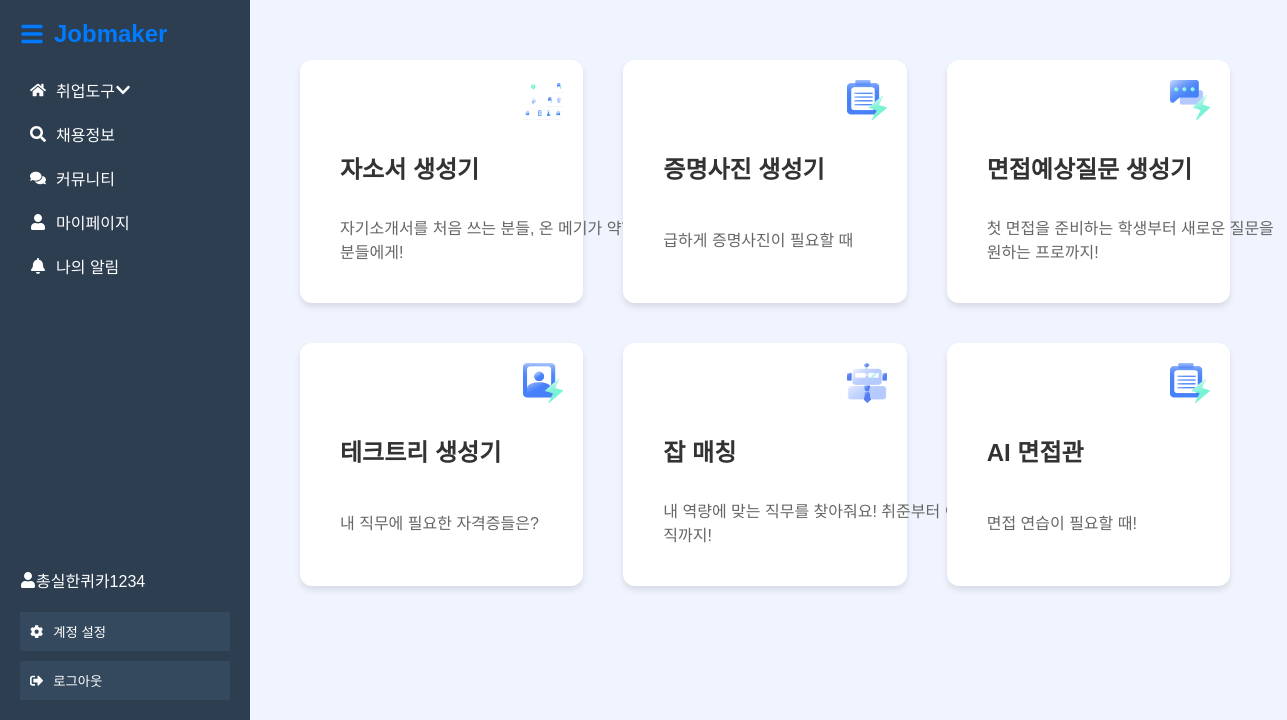
Repository: HSfac/jobmaker
Page: /main
These files come from the project's save history. The page is drawn as it stood at one moment and after a run of saves; the edit follows.
The browser window is 1280 px wide. The page is 1287 px wide, so the pictures cover 1287 px, including what lies to the right of the window. The pictures show the whole page.
The project was rebuilt for these pictures with package versions that can differ from the ones it lists, and the page was loaded fresh each time. Also part of the build but not shown: src/components/Header.jsx, src/components/Footer.css, src/components/Footer.jsx, src/pages/LandingPage.jsx, src/pages/InfosPage.jsx, src/pages/CommunityPage.jsx, src/pages/MyPage.jsx, src/components/SocialLoginButton.css and 15 more.

Above is the page before, as saved 2024-07-13 18:03:38.

### src/App.js
import React from 'react';
import { BrowserRouter as Router, Route, Routes } from 'react-router-dom';
import MainPage from './pages/MainPage';
import LandingPage from './pages/LandingPage';
import InfosPage from './pages/InfosPage';
import CommunityPage from './pages/CommunityPage';
import MyPage from './pages/MyPage';
import LoginPage from './pages/LoginPage';
import SignupPage from './pages/SignupPage';
import EmailSignupPage from './pages/EmailSignupPage';

import ResumeGeneratorPage from './pages/tools/ResumeGeneratorPage';
import PhotoGeneratorPage from './pages/tools/PhotoGeneratorPage';
import InterviewQuestionsGeneratorPage from './pages/tools/InterviewQuestionsGeneratorPage';
import TechTreeGeneratorPage from './pages/tools/TechTreeGeneratorPage';
import JobMatchingPage from './pages/tools/JobMatchingPage';
import AIInterviewerPage from './pages/tools/AIInterviewerPage';

import MainLayout from './layouts/MainLayout'; // 새로 생성한 레이아웃 컴포넌트
import './App.css';

function App() {
  return (
    <Router>
      <div className="App">
        <Routes>
          <Route path="/" element={<LandingPage />} />
          <Route path="/login" element={<LoginPage />} />
          <Route path="/signup" element={<SignupPage />} />
          <Route path="/email-signup" element={<EmailSignupPage />} />
          <Route element={<MainLayout />}>
            <Route path="/main" element={<MainPage />} />
            <Route path="/infos" element={<InfosPage />} />
            <Route path="/community" element={<CommunityPage />} />
            <Route path="/mypage" element={<MyPage />} />
            <Route path="/tools/resume-generator" element={<ResumeGeneratorPage />} />
            <Route path="/tools/photo-generator" element={<PhotoGeneratorPage />} />
            <Route path="/tools/interview-questions-generator" element={<InterviewQuestionsGeneratorPage />} />
            <Route path="/tools/tech-tree-generator" element={<TechTreeGeneratorPage />} />
            <Route path="/tools/job-matching" element={<JobMatchingPage />} />
            <Route path="/tools/ai-interviewer" element={<AIInterviewerPage />} />
          </Route>
        </Routes>
      </div>
    </Router>
  );
}

export default App;

### src/pages/MainPage.jsx
import React from 'react';
import ToolCard from '../components/ToolCard';
import './MainPage.css';

// 이미지 파일 import
import icon1 from '../assets/images/icons/icon1.png';
import icon2 from '../assets/images/icons/icon2.png';
import icon3 from '../assets/images/icons/icon3.png';
import icon4 from '../assets/images/icons/icon4.png';
import icon5 from '../assets/images/icons/icon5.png';
import icon6 from '../assets/images/icons/icon2.png';

const tools = [
  {
    title: "자소서 생성기",
    description: "자기소개서를 처음 쓰는 분들, 온 메기가 약한 분들에게!",
    image: icon1,
    link: "/tools/resume-generator",
  },
  {
    title: "증명사진 생성기",
    description: "급하게 증명사진이 필요할 때",
    image: icon2,
    link: "/tools/photo-generator",
  },
  {
    title: "면접예상질문 생성기",
    description: "첫 면접을 준비하는 학생부터 새로운 질문을 원하는 프로까지!",
    image: icon3,
    link: "/tools/interview-questions-generator",
  },
  {
    title: "테크트리 생성기",
    description: "내 직무에 필요한 자격증들은?",
    image: icon4,
    link: "/tools/tech-tree-generator",
  },
  {
    title: "잡 매칭",
    description: "내 역량에 맞는 직무를 찾아줘요! 취준부터 이직까지!",
    image: icon5,
    link: "/tools/job-matching",
  },
  {
    title: "AI 면접관",
    description: "면접 연습이 필요할 때!",
    image: icon6,
    link: "/tools/ai-interviewer",
  },
];

const MainPage = () => {
  return (
    <div className="main-page">
      <div className="content">
        {tools.map((tool, index) => (
          <ToolCard
            key={index}
            title={tool.title}
            description={tool.description}
            image={tool.image}
            link={tool.link}
          />
        ))}
      </div>
    </div>
  );
};

export default MainPage;

### src/layouts/MainLayout.jsx
import React from 'react';
import { Outlet } from 'react-router-dom';
import Sidebar from '../components/Sidebar';
//import './MainLayout.css';

const MainLayout = () => {
  return (
    <div className="main-layout">
      <Sidebar />
      <div className="page-content">
        <Outlet />
      </div>
    </div>
  );
};

export default MainLayout;

### src/App.css
.App {
  font-family: sans-serif;
  text-align: center;
  height: 100vh;
  display: flex;
  flex-direction: column;
}

.main-content {
  display: flex;
  flex: 1;
}

.page-content {
  flex: 1;
  padding: 20px;
  margin-left: 250px; /* 사이드바의 넓이만큼 왼쪽 여백을 설정 */
  transition: margin-left 0.3s;
}

.sidebar.closed + .page-content {
  margin-left: 80px; /* 사이드바가 닫혔을 때 여백 설정 */
}

### src/components/ToolCard.jsx
import React from 'react';
import { useNavigate } from 'react-router-dom';
import './ToolCard.css';

const ToolCard = ({ title, description, image, link }) => {
  const navigate = useNavigate();

  const handleClick = () => {
    navigate(link);
  };

  return (
    <div className="tool-card" onClick={handleClick}>
      <div className="card-header">
        <img src={image} alt={title} className="icon" />
      </div>
      <div className="content">
        <h3>{title}</h3>
        <p>{description}</p>
      </div>
    </div>
  );
};

export default ToolCard;

### src/pages/MainPage.css
.main-page {
  display: flex;
  justify-content: center;
  align-items: center;
  width: 100%;
}

.content {
  display: grid;
  grid-template-columns: repeat(auto-fit, minmax(300px, 1fr));
  gap: 20px;
  width: 100%;
  max-width: 1200px;
  padding: 20px;
  box-sizing: border-box;
}

### src/pages/LandingPage.css
/* LandingPage.css */

@font-face {
  font-family: 'Pretendard';
  src: url('../assets/fonts/Pretendard-Regular.ttf') format('truetype');
  font-weight: 400;
}

@font-face {
  font-family: 'Pretendard';
  src: url('../assets/fonts/Pretendard-SemiBold.ttf') format('truetype');
  font-weight: 600;
}
:root {
  --bg-color: #f0f4ff;
  --text-color: #333;
  --primary-color: #3a73e1;
  --secondary-color: #fff;
  --question-bg-color: #4a90e2;
}

[data-theme="dark"] {
  --bg-color: #121212;
  --text-color: #e0e0e0;
  --primary-color: #bb86fc;
  --secondary-color: #333;
  --question-bg-color: #3700b3;
}

body {
  background-color: var(--bg-color);
  color: var(--text-color);
  margin: 0;
  padding: 0;
  font-family: 'Pretendard', sans-serif;
}

.landing-page {
  display: flex;
  flex-direction: column;
  min-height: 100vh;
}

.main-content {
  flex: 1;
  display: flex;
  flex-direction: column;
  align-items: center;
  background-color: var(--primary-color);
  color: var(--secondary-color);
}

.hero {
  display: flex;
  justify-content: space-between;
  align-items: center;
  max-width: 1200px;
  width: 100%;
  padding: 50px;
}


.hero-text h1 {
  font-size: 4em; /* Increased font size */
  font-family: 'Pretendard', sans-serif;
  font-weight: 600; /* SemiBold */
  margin-bottom: 20px;
}

.hero-text p {
  font-family: 'Pretendard', sans-serif;
  font-weight: 400; /* Regular */
}

.hero-text button.primary {
  background-color: var(--secondary-color);
  color: var(--primary-color);
  padding: 10px 20px;
  border: none;
  border-radius: 5px;
  font-size: 1.2em;
  cursor: pointer;
  transition: border-color 0.3s;
}

.hero-text button.primary:hover {
  border: 2px solid var(--primary-color);
}

.hero-images {
  flex: 1;
  display: flex;
  justify-content: center;
  align-items: center;


}

.hero-images img {
  max-width: 100%;
  height: auto;

}

.second-section {
  width: 100%;
  font-size: 1.5em;
  padding: 50px 20px;
  background-color: var(--bg-color);
  color: var(--text-color);
  text-align: center;
  position: relative;
  overflow: hidden;
  font-weight: 700; /* SemiBold */
}

.second-section h2 {
  color: var(--primary-color);
  font-size: 1.5em;
  font-weight: 700; /* SemiBold */
}

.sliding-images {
  display: flex;
  flex-direction: column;
  align-items: center;
  justify-content: center;
  height: 280px; /* Adjust as needed */
  position: relative;
}

.sliding-images img {
  width: 300%; /* Make the images smaller */
  position: absolute;
  animation-duration: 30s; /* Slow down the animation */
  animation-timing-function: linear;
  animation-iteration-count: infinite;
}

.sliding-images img:nth-child(1) {
  top: 0;
  left: -100%;
  animation-name: slide-in-left;
}

.sliding-images img:nth-child(2) {
  top: 50%;
  left: 100%;
  animation-name: slide-in-right;
}

@keyframes slide-in-left {
  0%, 100% {
    left: -100%;
  }
  50% {
    left: 100%;
  }
}

@keyframes slide-in-right {
  0%, 100% {
    left: 100%;
  }
  50% {
    left: -100%;
  }
}

.generators {
  display: flex;
  justify-content: space-around;
  flex-wrap: wrap;
}

.generator-card {
  background-color: var(--secondary-color);
  color: var(--primary-color);
  border-radius: 10px;
  padding: 20px;
  margin: 10px;
  width: 200px;
  cursor: pointer;
  transition: transform 0.2s;
}

.generator-card:hover {
  transform: scale(1.05);
}

.generator-card h3 {
  margin-top: 0;
}

.generator-card p {
  margin: 10px 0 0;
  font-size: 20px;
}

/* 기존 CSS 생략 */

.third-section {

  width: 100%;
  padding: 10px 20px;
  background-color: var(--bg-color);
  color: var(--text-color);
  text-align: center;

}

.third-section h2 {
  font-size: 2.2em;
  color: var(--primary-color);
  font-weight: 700; /* SemiBold */
}

.third-section h3 {
  font-size: 1em;
  font-weight: 600; /* SemiBold */
}

.example-container {
  display: flex;
  flex-wrap: wrap;
  justify-content: center;
  gap: 20px;
  margin-top: 20px;
  flex-direction: column; /* 세로로 배치 */
}

.example-image.left {
  align-self: flex-start;
  margin: 0 50px; /* 이미지 양옆 여백 설정 */
  animation: slide-left 5s infinite;
}

.example-image.center1 {
  align-self: center;
  margin: 0 50px; /* 이미지 양옆 여백 설정 */
}

.example-image.right {
  align-self: flex-end;
  margin: 0 50px; /* 이미지 양옆 여백 설정 */
  animation: slide-right 5s infinite;
}

.example-image.center2 {
  align-self: center;
  margin: 0 50px; /* 이미지 양옆 여백 설정 */
}

@keyframes slide-left {
  0% {
    transform: translateX(0);
  }
  50% {
    transform: translateX(-20px); /* 원하는 슬라이드 거리 설정 */
  }
  100% {
    transform: translateX(0);
  }
}

@keyframes slide-right {
  0% {
    transform: translateX(0);
  }
  50% {
    transform: translateX(20px); /* 원하는 슬라이드 거리 설정 */
  }
  100% {
    transform: translateX(0);
  }
}

/* 기존 CSS 생략 */




.fourth-section {
  width: 100%;
  padding: 50px 20px;
  background-color: var(--bg-color);
  color: var(--text-color);
  text-align: center;
}

.fourth-section h2 {
  font-size: 2.2em;
  color: var(--primary-color);
  font-weight: 700; /* SemiBold */
  margin-bottom: 10px;
}

.fourth-section h3 {
  font-size: 26px;
  font-weight: 700; /* SemiBold */
  margin-bottom: 30px;
}

.sliding-tags {
  overflow: hidden;
  white-space: nowrap;
  box-sizing: border-box;
}

.tags-wrapper {
  display: inline-block;
  animation: slide 45s linear infinite;

}

.tag {
  font-size: 20px;
  display: inline-block;
  background-color: var(--primary-color);
  color: var(--secondary-color);
  padding: 20px 40px;
  margin: 0 10px;
  border-radius: 500px;
  font-weight: 600; /* SemiBold */
}

@keyframes slide {
  0% {
    transform: translateX(100%);
  }
  100% {
    transform: translateX(-100%);
  }
}

.fifth-section {
  width: 100%;
  padding: 50px 20px;
  background-color: var(--bg-color);
  color: var(--text-color);
  text-align: center;
}

.fifth-section h2 {
  margin-top: 70px;
  font-size: 2.2em;
  color: var(--primary-color);
  font-weight: 700; /* SemiBold */
}

.fifth-section h3 {
  font-size: 26px;
  font-weight: 700; /* SemiBold */
  margin-top: 10px;
  margin-bottom: 30px;
}

.pricing-plans {
  display: flex;
  justify-content: center;
  gap: 25px;
  flex-wrap: wrap;
  margin-bottom: 200px;
}

.plan {
  background-color: var(--secondary-color);
  color: var(--primary-color);
  border-radius: 10px;
  padding: 20px;
  margin: 10px;
  width: 250px;
  text-align: center;
}

.plan h3 {
  margin-top: 0;
}

.plan p {
  font-size: 20px;
  font-weight: 700; /* SemiBold */
}

.plan ul {
  list-style: none;
  padding: 0;
}

.plan ul li {
  margin: 10px 0;
}

.plan button.primary {
  background-color: var(--secondary-color);
  color: var(--primary-color);
  padding: 10px 20px;
  border: 2px solid var(--primary-color);
  border-radius: 5px;
  font-size: 1.2em;
  cursor: pointer;
  transition: background-color 0.3s, color 0.3s;
}

.plan button.primary:hover {
  background-color: var(--primary-color);
  color: var(--secondary-color);
}

.footer {
  background-color: var(--primary-color);
  color: var(--secondary-color);
  padding: 20px;
  text-align: center;
  position: relative;
  bottom: 0;
  width: 100%;
  margin-top: auto;
}

### src/components/Sidebar.jsx
import React, { useState } from 'react';
import { FaHome, FaSearch, FaComments, FaUser, FaBell, FaCog, FaSignOutAlt, FaBars, FaChevronDown, FaChevronUp } from 'react-icons/fa';
import { Link } from 'react-router-dom';
import './Sidebar.css';
import AlertModal from './AlertModal';

const Sidebar = () => {
  const [isOpen, setIsOpen] = useState(true);
  const [isToolsOpen, setIsToolsOpen] = useState(false);
  const [isModalOpen, setIsModalOpen] = useState(false);

  const toggleSidebar = () => {
    setIsOpen(!isOpen);
  };

  const toggleToolsMenu = () => {
    setIsToolsOpen(!isToolsOpen);
  };

  const toggleModal = () => {
    setIsModalOpen(!isModalOpen);
  };

  return (
    <div className={`sidebar ${isOpen ? 'open' : 'closed'}`}>
      <div className="logo" onClick={toggleSidebar}>
        <FaBars />
        {isOpen && <span>Jobmaker</span>}
      </div>
      <ul className="menu">
        <li>
          <div className="menu-item" onClick={toggleToolsMenu}>
            <FaHome />
            {isOpen && <span>취업도구</span>}
            {isOpen && (isToolsOpen ? <FaChevronUp /> : <FaChevronDown />)}
          </div>
          {isToolsOpen && (
            <ul className="submenu">
              <li>
                <Link to="/tools/resume-generator">
                  {isOpen && <span>자소서 생성기</span>}
                </Link>
              </li>
              <li>
                <Link to="/tools/photo-generator">
                  {isOpen && <span>증명사진 생성기</span>}
                </Link>
              </li>
              <li>
                <Link to="/tools/interview-questions-generator">
                  {isOpen && <span>면접예상질문 생성기</span>}
                </Link>
              </li>
              <li>
                <Link to="/tools/tech-tree-generator">
                  {isOpen && <span>테크트리 생성기</span>}
                </Link>
              </li>
              <li>
                <Link to="/tools/job-matching">
                  {isOpen && <span>잡 매칭</span>}
                </Link>
              </li>
              <li>
                <Link to="/tools/ai-interviewer">
                  {isOpen && <span>AI 면접관</span>}
                </Link>
              </li>
            </ul>
          )}
        </li>
        <li>
          <Link to="/infos">
            <FaSearch />
            {isOpen && <span>채용정보</span>}
          </Link>
        </li>
        <li>
          <Link to="/community">
            <FaComments />
            {isOpen && <span>커뮤니티</span>}
          </Link>
        </li>
        <li>
          <Link to="/mypage">
            <FaUser />
            {isOpen && <span>마이페이지</span>}
          </Link>
        </li>
        <li className="menu-item" onClick={toggleModal} style={{ cursor: 'pointer' }}>
          <FaBell />
          {isOpen && <span>나의 알림</span>}
        </li>
      </ul>
      <div className="user-info">
        <div className="username">
          <FaUser />
          {isOpen && <span>총실한퀴카1234</span>}
        </div>

        <div className="settings">
          <button className="settings-btn">
            <FaCog />
            {isOpen && <span>계정 설정</span>}
          </button>
          <button className="logout-btn">
            <FaSignOutAlt />
            {isOpen && <span>로그아웃</span>}
          </button>
        </div>
      </div>
      {isModalOpen && <AlertModal onClose={toggleModal} />}
    </div>
  );
};

export default Sidebar;

### src/components/ToolCard.css
.tool-card {
  background-color: #ffffff;
  border-radius: 12px;
  padding: 20px;
  margin: 10px;
  display: flex;
  flex-direction: column;
  align-items: flex-start;
  cursor: pointer;
  box-shadow: 0 4px 6px rgba(0, 0, 0, 0.1);
  transition: transform 0.3s, box-shadow 0.3s;
}

.tool-card:hover {
  transform: translateY(-5px);
  box-shadow: 0 8px 12px rgba(0, 0, 0, 0.15);
}

.card-header {
  width: 100%;
  display: flex;
  justify-content: flex-end;
}

.icon {
  width: 40px;
  height: 40px;
}

.content {
  flex-grow: 1;
  text-align: left;
  width: 100%;
  margin-top: 10px;
}

h3 {
  margin: 0 0 10px;
  font-size: 24px;
  font-weight: 700;
  color: #333;
}

p {
  margin: 0;
  font-size: 16px;
  color: #666;
}

### src/components/Header.css
.header {
  display: flex;
  justify-content: space-between;
  align-items: center;
  padding: 10px 20px;
  background-color: #f8f9fa;
  border-bottom: 1px solid #e0e0e0;
}

.logo {
  font-size: 24px;
  font-weight: bold;
  color: #007bff;
}

.nav-links a {
  margin-left: 10px;
  color: #333;
  text-decoration: none;
}

.nav-links a:hover {
  text-decoration: underline;
}

### src/components/Sidebar.css
.sidebar {
  width: 250px;
  height: 100vh;
  background-color: #2c3e50;
  color: white;
  padding: 20px;
  box-sizing: border-box;
  display: flex;
  flex-direction: column;
  justify-content: space-between;
  transition: width 0.3s;
  position: fixed;
  top: 0;
  left: 0;
  overflow-y: auto; /* Add scrollbar if content exceeds height */
}

.sidebar.closed {
  width: 80px;
}

.logo {
  font-size: 24px;
  font-weight: bold;
  margin-bottom: 20px;
  cursor: pointer;
  display: flex;
  align-items: center;
}

.logo span {
  margin-left: 10px;
}

.menu {
  list-style: none;
  padding: 0;
  margin: 0;
}

.menu li {
  margin: 0;
}

.menu-item, .menu li a {
  display: flex;
  align-items: center;
  color: white;
  text-decoration: none;
  padding: 10px;
  width: 100%;
  box-sizing: border-box;
  transition: background-color 0.3s;
}

.menu-item:hover, .menu li a:hover {
  background-color: #34495e;
}

.menu-item {
  cursor: pointer;

}

.menu li span {
  margin-left: 10px;

}

.submenu {
  list-style: none;
  padding: 0;
  margin: 0;
}

.submenu li {
  margin: 0;
}

.submenu li a {
  padding: 10px 10px 10px 30px; /* Indentation for submenu items */
  display: flex;
  align-items: center;
  color: white;
  text-decoration: none;
  transition: background-color 0.3s;
}

.submenu li a:hover {
  background-color: #34495e;
}

.user-info {
  margin-top: auto;
}

.username {
  display: flex;
  align-items: center;
  margin-bottom: 10px;
}

.email {
  margin-bottom: 10px;
}

.settings {
  display: flex;
  flex-direction: column;
}

.settings-btn, .logout-btn {
  display: flex;
  align-items: center;
  width: 100%;
  margin-top: 10px;
  padding: 10px;
  background-color: #34495e;
  color: white;
  border: none;
  cursor: pointer;
  transition: background-color 0.3s;
}

.settings-btn:hover, .logout-btn:hover {
  background-color: #3d566e;
}

.settings-btn span, .logout-btn span {
  margin-left: 10px;
}

Loaded but not shown: public/index.html (common file); src/index.js (common file); src/index.css (common file); src/reportWebVitals.js (common file)

After the next 5 saves:
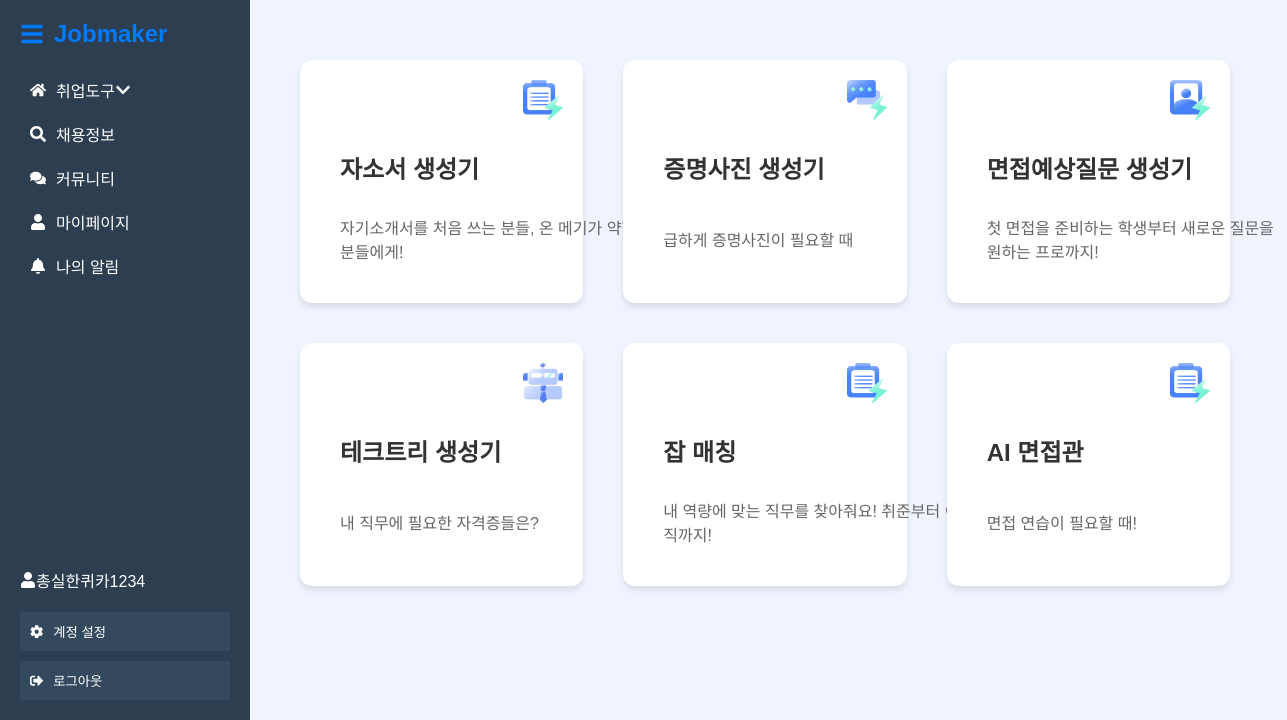
The 5 saves are shown as one change because they came seconds apart.
The last was saved 18 s later.
--- a/src/pages/MainPage.jsx
+++ b/src/pages/MainPage.jsx
@@ -3,11 +3,11 @@ import ToolCard from '../components/ToolCard';
 import './MainPage.css';
 
 // 이미지 파일 import
-import icon1 from '../assets/images/icons/icon1.png';
-import icon2 from '../assets/images/icons/icon2.png';
-import icon3 from '../assets/images/icons/icon3.png';
-import icon4 from '../assets/images/icons/icon4.png';
-import icon5 from '../assets/images/icons/icon5.png';
+import icon1 from '../assets/images/icons/icon2.png';
+import icon2 from '../assets/images/icons/icon3.png';
+import icon3 from '../assets/images/icons/icon4.png';
+import icon4 from '../assets/images/icons/icon5.png';
+import icon5 from '../assets/images/icons/icon2.png';
 import icon6 from '../assets/images/icons/icon2.png';
 
 const tools = [
